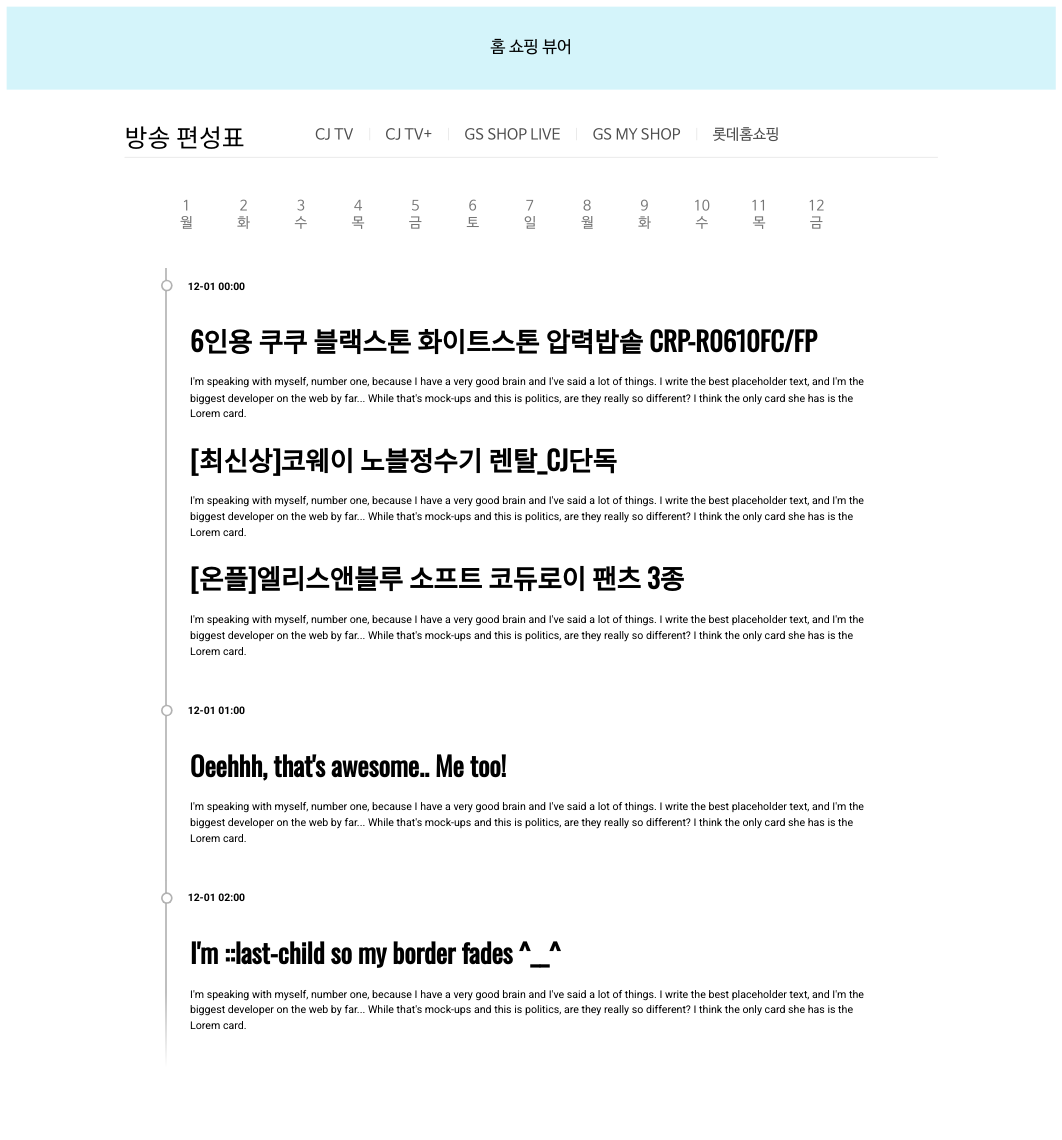
Repository: Kds010/HomeShopping
Page: http://localhost/index
An editor plug-in stored every save of this project. The page is shown before and after the next save, followed by the edit.
The browser window is 1280 px wide. The pictures show the whole page, at 83% of full size.
The page is this project's Thymeleaf template; nobody is signed in. The template is opened directly, without the code that normally fills it, so the values that code supplies are empty.

Above is the page before, as saved 2021-12-18 10:14:54.

### homeshopping/src/main/resources/templates/index.html
<!DOCTYPE html>
<html xmlns:th="http://www.thymeleaf.org">
<head>
<meta charset="UTF-8">
<title>SC쇼핑바라기</title>
</head>
<body>
<div id="wrap">
	<th:block th:replace="header.html"></th:block>
	<div id="container">
		<div class="content">
			<div class="fiexd_wrap">
				<div class="fixed_wrap_div">
					<h2 class="fiexd_wrap_tit">방송 편성표</h2>
					<ul class="ch_list_tab" id="ch_list_tab">
						<li class="">CJ TV</li>
						<li class="">CJ TV+</li>
						<li class="">GS SHOP LIVE</li>
						<li class="">GS MY SHOP</li>
						<li class="">롯데홈쇼핑</li>
					</ul>
				</div>
				<ul class="list_date" id="scheduleDate">
					<li data-dt="20211201">
						<a href="javascript:;" class="date_cont">
							<span class="num_date">1</span>
							<span class="txt_date">월</span></a></li>
					<li data-dt="20211202">
						<a href="javascript:;" class="date_cont">
							<span class="num_date">2</span>
							<span class="txt_date">화</span></a></li>
					<li data-dt="20211203">
						<a href="javascript:;" class="date_cont">
							<span class="num_date">3</span>
							<span class="txt_date">수</span></a></li>
					<li data-dt="20211204">
						<a href="javascript:;" class="date_cont">
							<span class="num_date">4</span>
							<span class="txt_date">목</span></a></li>
					<li data-dt="20211205">
						<a href="javascript:;" class="date_cont">
							<span class="num_date">5</span>
							<span class="txt_date">금</span></a></li>
					<li data-dt="20211206">
						<a href="javascript:;" class="date_cont">
							<span class="num_date">6</span>
							<span class="txt_date">토</span></a></li>
					<li data-dt="20211207">
						<a href="javascript:;" class="date_cont">
							<span class="num_date">7</span>
							<span class="txt_date">일</span></a></li>
					<li data-dt="20211208">
						<a href="javascript:;" class="date_cont">
							<span class="num_date">8</span>
							<span class="txt_date">월</span></a></li>
					<li data-dt="20211209">
						<a href="javascript:;" class="date_cont">
							<span class="num_date">9</span>
							<span class="txt_date">화</span></a></li>
					<li data-dt="20211210">
						<a href="javascript:;" class="date_cont">
							<span class="num_date">10</span>
							<span class="txt_date">수</span></a></li>
					<li data-dt="20211211">
						<a href="javascript:;" class="date_cont">
							<span class="num_date">11</span>
							<span class="txt_date">목</span></a></li>
					<li data-dt="20211212">
						<a href="javascript:;" class="date_cont">
							<span class="num_date">12</span>
							<span class="txt_date">금</span></a></li>
				</ul>
			</div>

		<div class="container2">

			<div class="timeline-item" date-is='12-01 00:00'>
				<h1>6인용 쿠쿠 블랙스톤 화이트스톤 압력밥솥 CRP-R0610FC/FP</h1>
				<p>
					I'm speaking with myself, number one, because I have a very good brain and I've said a lot of things. I write the best placeholder text, and I'm the biggest developer on the web by far... While that's mock-ups and this is politics, are they really so different? I think the only card she has is the Lorem card.
				</p>
				<h1>[최신상]코웨이 노블정수기 렌탈_CJ단독</h1>
				<p>
					I'm speaking with myself, number one, because I have a very good brain and I've said a lot of things. I write the best placeholder text, and I'm the biggest developer on the web by far... While that's mock-ups and this is politics, are they really so different? I think the only card she has is the Lorem card.
				</p>
				<h1>[온플]엘리스앤블루 소프트 코듀로이 팬츠 3종</h1>
				<p>
					I'm speaking with myself, number one, because I have a very good brain and I've said a lot of things. I write the best placeholder text, and I'm the biggest developer on the web by far... While that's mock-ups and this is politics, are they really so different? I think the only card she has is the Lorem card.
				</p>
			</div>

			<div class="timeline-item" date-is='12-01 01:00'>
				<h1>Oeehhh, that's awesome.. Me too!</h1>
				<p>
					I'm speaking with myself, number one, because I have a very good brain and I've said a lot of things. I write the best placeholder text, and I'm the biggest developer on the web by far... While that's mock-ups and this is politics, are they really so different? I think the only card she has is the Lorem card.
				</p>
			</div>

			<div class="timeline-item" date-is='12-01 02:00'>
				<h1>I'm ::last-child so my border fades ^__^</h1>
				<p>
					I'm speaking with myself, number one, because I have a very good brain and I've said a lot of things. I write the best placeholder text, and I'm the biggest developer on the web by far... While that's mock-ups and this is politics, are they really so different? I think the only card she has is the Lorem card.
				</p>
			</div>

		</div>

		</div>
	</div>
</div>
</body>
</html>

### homeshopping/src/main/resources/templates/header.html
<!DOCTYPE html>
<html>
<head>
<meta charset="UTF-8">
<link rel="stylesheet" type="text/css" href="/css/main.css">
<link rel="stylesheet" type="text/css" href="/css/font.css">
<script src="/js/jquery-3.6.0.js" defer></script>
<script src="/js/index.js" defer></script>
</head>
<body>
<div class="header">
	<div class="header-content">
		홈 쇼핑 뷰어
	</div>
</div>
</body>
</html>

### homeshopping/src/main/resources/static/css/main.css
@charset "UTF-8";

/* // ----------------  THE BASICS */

@import url('https://fonts.googleapis.com/css?family=Oswald|Roboto:400,700');

/* // ----------------  THE FONTS */

h1, h2, h3, h4, h5, h6 {
	font-family: 'Oswald', sans-serif;
}

h1 {
	font-size: 2rem;
	margin-bottom: .5em;
}

p {
	font-family: 'Roboto', sans-serif;
	font-size: .8rem;
}


body{
	font-family: 'NanumBarunGothic', sans-serif;
    /* font-size: 12px; */
    font-size: 14px;
    line-height: 1.5;
}


div{
	display:block;
}

li, ol, ul{
	list-style: none;
}

li{
	display: list-item;
    text-align: -webkit-match-parent;
}

ul{
	list-style-type: disc;
}

a{
	color: inherit;
    text-decoration: none;
}

/* h1, h2, h3, h4, h5, h6{
	display: block;
    font-size: 1.5em;
    margin-block-start: 0.83em;
    margin-block-end: 0.83em;
    margin-inline-start: 0px;
    margin-inline-end: 0px;
    font-weight: bold;
} */

#wrap{
	min-width: 1240px;
}

.header {
	display: flex;
	background: #D4F4FA;
	width: 100%;
	height: 100px;
	font-size:20px;
	text-align: center;
}

.header-content{
    width: 1180px;
    margin: auto;
}

#container{
	position: relative;
    width: 1180px;
    min-height: 802px;
    margin: 0 auto;
    padding-bottom: 80px;
    zoom: 1;
}

.content{
	width:980px;
	margin:0 auto;
}

.fiexd_wrap{
	width:980px;
	margin-top: 30px;
}

.fixed_wrap_div{
	overflow: hidden;
	margin-bottom: 10px;
	border-bottom: 1px solid #e5e5e5;
}


.fiexd_wrap_tit{
	float: left;
    margin-top: 3px;
    margin-bottom: 3px;
    font-weight: 400;
    font-size: 30px;
    line-height: 1.5;
}

.ch_list_tab{
	overflow: hidden;
    float: left;
    margin: 12px 0 0 6px;
}

.ch_list_tab li{
	position: relative;
    float: left;
    margin-left: 39px;
    font-size: 18px;
    color: #4d4d4d;
    text-decoration: none;
}

.ch_list_tab li:nth-child(1):after {
    content: normal;
}

.ch_list_tab li:after {
	position: absolute;
    top: 4px;
    left: -20px;
    width: 1px;
    height: 15px;
    background-color: #e6e6e6;
    content: '';
}

.list_date {
	display: inline-block;
}

.list_date li{
	vertical-align: top;
	float: left;
    padding: 10px 3px;
    color: #767676;
    text-align: center;
    margin:0;
}

.list_date .date_cont{
	display: block;
    width: 31px;
    padding: 14px 16px 10px;
    font-size: 17px;
    line-height: 21px;
    text-decoration: none;
}

.list_date .num_date{
	display: block;
    height: 20px;
}

.list_date .txt_date{
	display: block;
    line-height: 24px;
}



/* // ----------------  LAYOUT */

.container2 {
	max-width: 1024px;
	width: 90%;
	margin: 0 auto;
}

/* // ----------------  THE FONTS */

/* $border-color: rgba(black, .3); */

.timeline-item {
	padding: 3em 2em 2em;
	position: relative;
	color: rgba(black, .7);
	/* border-left: 2px solid $border-color; */
	border-left: 2px solid rgba(0, 0, 0, 0.3);
}
.timeline-item::before {
		content: attr(date-is);
		position: absolute;
		left: 2em;
		font-weight: bold;
		top: 1em;
		display: block;
		font-family: 'Roboto', sans-serif;
		font-weight: 700;
		font-size: .785rem;
	}

.timeline-item::after {
		width: 10px;
		height: 10px;
		display: block;
		top: 1em;
		position: absolute;
		left: -7px;
		border-radius: 10px;
		content: "";
		/* border: 2px solid $border-color; */
		border: 2px solid rgba(0, 0, 0, 0.3);
		background: white;
	}

.timeline-item:last-child {
			border-image: linear-gradient(to bottom, rgba(0, 0, 0, 0.3) 60%, rgba(0, 0, 0, 0)) 1 100%;
		;
	}
}

.timeline-item	p {
		font-size: 1rem;
}

### homeshopping/src/main/resources/static/css/font.css
@charset "UTF-8";
@font-face {
    font-family: 'NanumBarunGothic';
    src:url('/fonts/NanumBarunGothic.ttf') format('woff'),
        url('/fonts/NanumBarunGothic.ttf') format('woff2');
    font-weight: 400;
}

Loaded but not shown: homeshopping/src/main/resources/static/js/jquery-3.6.0.js (library); homeshopping/src/main/resources/static/js/index.js (no copy from this time; the picture is the same without it)

After the next save:
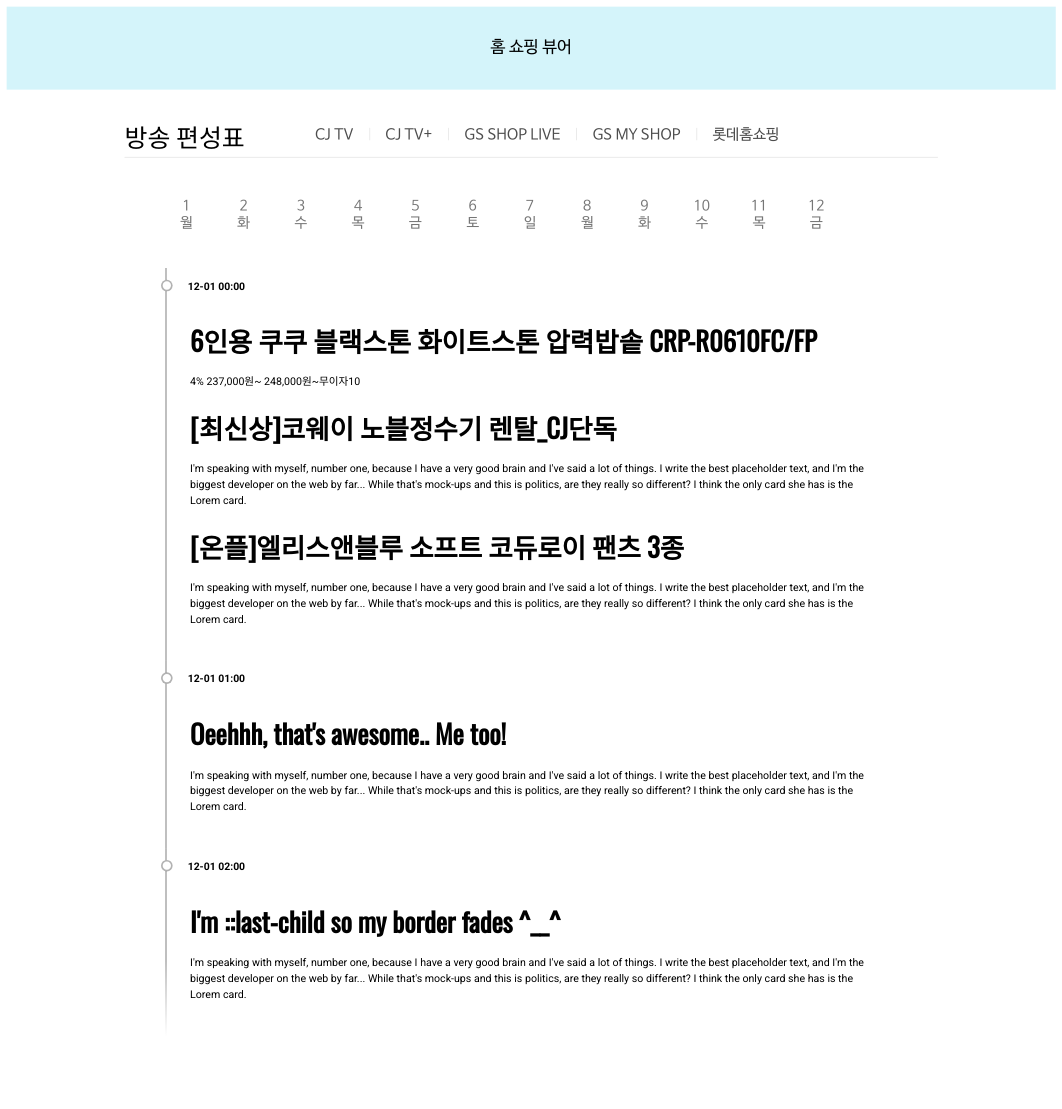
Saved 20 s later.
--- a/homeshopping/src/main/resources/templates/index.html
+++ b/homeshopping/src/main/resources/templates/index.html
@@ -77,7 +77,7 @@
 			<div class="timeline-item" date-is='12-01 00:00'>
 				<h1>6인용 쿠쿠 블랙스톤 화이트스톤 압력밥솥 CRP-R0610FC/FP</h1>
 				<p>
-					I'm speaking with myself, number one, because I have a very good brain and I've said a lot of things. I write the best placeholder text, and I'm the biggest developer on the web by far... While that's mock-ups and this is politics, are they really so different? I think the only card she has is the Lorem card.
+					4% 237,000원~ 248,000원~무이자10
 				</p>
 				<h1>[최신상]코웨이 노블정수기 렌탈_CJ단독</h1>
 				<p>
